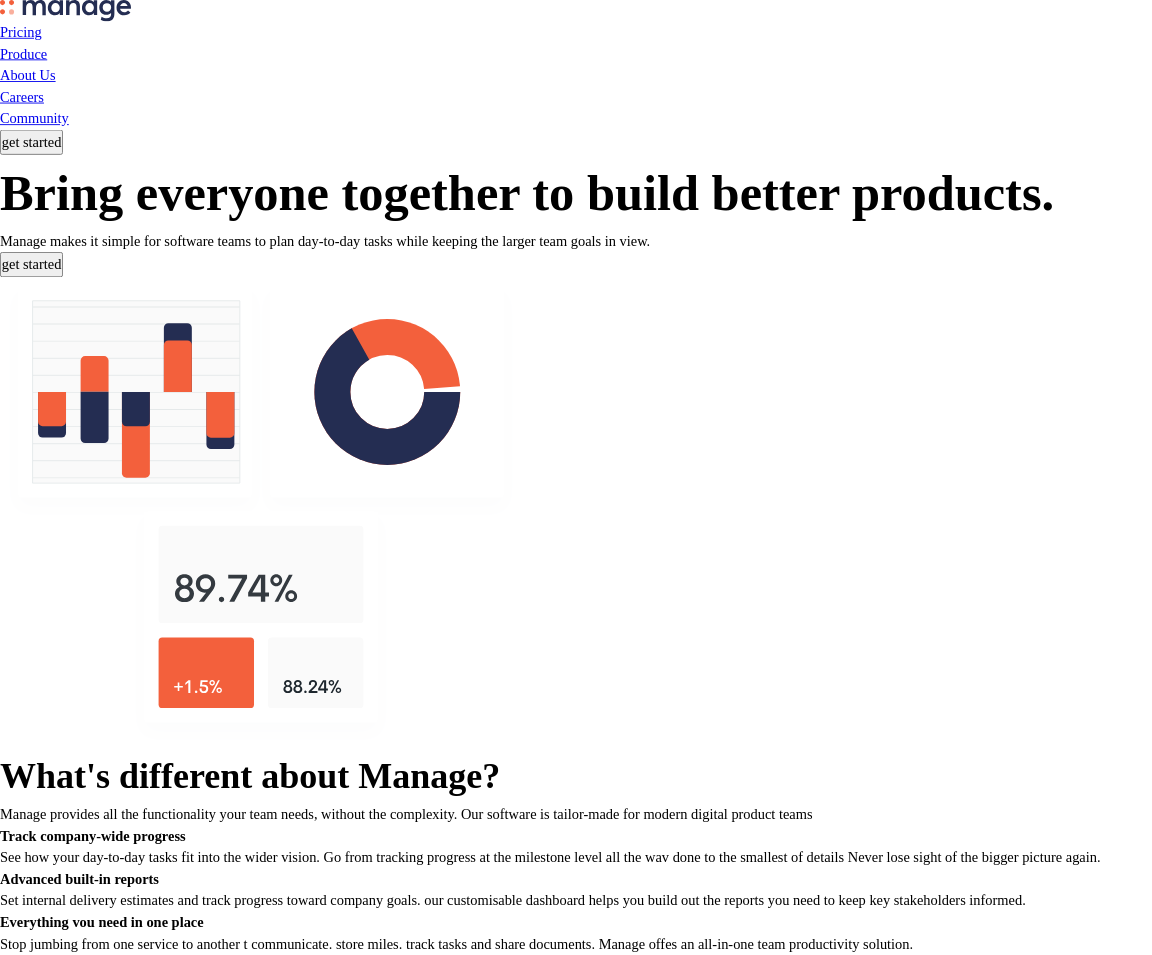
Repository: anthonybrown/website-practice
Page: index.html
An editor plug-in stored every save of this project. The page is shown before and after the next save, followed by the edit.
The browser window is 1280 px wide. The pictures show the whole page, at 90% of full size.

Above is the page before, as saved 2023-04-18 13:30:48.

### index.html
<!DOCTYPE html>
<html lang="en">

<head>
  <meta charset="UTF-8" />
  <link rel="icon" type="image/svg+xml" href="/vite.svg" />
  <meta name="viewport" content="width=device-width, initial-scale=1.0" />
  <title>Vite App</title>
  <link rel="preconnect" href="https://fonts.googleapis.com">
  <link rel="preconnect" href="https://fonts.gstatic.com" crossorigin>
  <link href="https://fonts.googleapis.com/css2?family=Be+Vietnam+Pro:wght@400;500;700&display=swap" rel="stylesheet">
  <link rel="stylesheet" href="style.css">
</head>

<body>
  <header class="primary-header">
    <div class="container">
      <a href="#" rel="noopener noreferrer">
        <img src="images/logo.svg" alt="manage">
      </a>
      <nav class="primary-navigation">
        <ul role="list" class="nav-list">
          <li><a href="#">Pricing</a></li>
          <li><a href="#">Produce</a></li>
          <li><a href="#">About Us</a></li>
          <li><a href="#">Careers</a></li>
          <li><a href="#">Community</a></li>
        </ul>
      </nav>
      <button class="button">get started</button>
    </div>
  </header>

  <main>
    <section>
      <div class="container">
        <div class="even-columns">
          <div>
            <h1 class="fs-primary-heading fw-bold">
              Bring everyone together to build better products.
            </h1>
            <p>
              Manage makes it simple for software teams to plan day-to-day tasks while
              keeping the larger team goals in view.
            </p>
            <button class="button">get started</button>
          </div>
          <div>
            <img src="images/illustration-intro.svg" alt="">
          </div>
        </div>
      </div>
    </section>

    <section>
      <div class="container">
        <div class="even-columns">
          <div>
            <h2 class="fs-secondary-heading fw-bold">
              What's different about Manage?
            </h2>
            <p>
              Manage provides all the functionality your team needs, without the complexity.
              Our software is tailor-made for modern digital product teams
            </p>
          </div>
          <div>
            <ul class="numbered-items" role="list">
              <li>
                <h3 class="fs-600 fw-bold">Track company-wide progress</h3>
                <p>
                  See how your day-to-day tasks fit into the wider vision.
                  Go from tracking progress at the milestone level all the wav done to
                  the smallest of details Never lose sight of the bigger picture again.
                </p>
              </li>
              <li>
                <h3 class="fs-600 fw-bold">Advanced built-in reports</h3>
                <p>
                  Set internal delivery estimates and track progress toward company goals.
                  our customisable dashboard helps you build out the reports you need
                  to keep key stakeholders informed.
                </p>
              </li>
              <li>
                <h3 class="fs-600 fw-bold">Everything vou need in one place</h3>
                <p>
                  Stop jumbing from one service to another t communicate. store miles.
                  track tasks and share documents. Manage offes an all-in-one team
                  productivity solution.
                </p>
              </li>
            </ul>
          </div>
        </div>
      </div>
    </section>

  </main>

  <footer>

  </footer>

  <script type="module" src="/main.js"></script>
</body>

</html>

### style.css
:root {
  --clr-accent-400: hsl(12, 88%, 59%);
  --clr-accent-100: hsl(13, 100%, 96%);

  --clr-primary-400: hsl(228, 39%, 23%);

  --clr-neutral-100: hsl(232, 12%, 13%);
  --clr-neutral-900: hsl(0, 0%, 0%);

  --ff-primary: 'Be Vietnam Pro', sans-serif;

  --ff-body: var(--ff-primary);
  --ff-heading: var(--ff-primary);

  --fw-regular: 400;
  --fw-semi-bold: 500;
  --fw-bold: 700;

  --fs-300: 0.8125rem;
  --fs-400: 0.875rem;
  --fs-500: 0.9375rem;
  --fs-600: 1rem;
  --fs-700: 1.875rem;
  --fs-800: 2.5rem;
  --fs-900: 3.5rem;

  --fs-body: var(--fs-400);
  --fs-primary-heading: var(--fs-800);
  --fs-secondary-heading: var(--fs-700);
  --fs-nav: var(--fs-500);
  --fs-button: var(--fs-300);
}

@media (min-width: 50em) {
  :root {
    --fs-body: var(--fs-500);
    --fs-primary-heading: var(--fs-900);
    --fs-secondary-heading: var(--fs-800);

    --fs-nav: var(--fs-300);
  }
}

/* Box sizing rules */
*,
*::before,
*::after {
  box-sizing: border-box;
}

/* Remove default margin */

* {
  margin: 0;
  padding: 0;
  font: inherit;
}

/* Remove list styles on ul, ol elements with a list role, which suggests default styling will be removed */
ul[role='list'],
ol[role='list'] {
  list-style: none;
}

/* Set core root defaults */
html:focus-within {
  scroll-behavior: smooth;
}

html,
body {
  height: 100%;
}

/* Set core body defaults */
body {
  text-rendering: optimizeSpeed;
  line-height: 1.5;
}

/* A elements that don't have a class get default styles */
a:not([class]) {
  text-decoration-skip-ink: auto;
}

/* Make images easier to work with */
img,
svg,
picture {
  max-width: 100%;
  display: block;
}


/* Remove all animations, transitions and smooth scroll for people that prefer not to see them */
@media (prefers-reduced-motion: reduce) {
  html:focus-within {
    scroll-behavior: auto;
  }

  *,
  *::before,
  *::after {
    animation-duration: 0.01ms !important;
    animation-iteration-count: 1 !important;
    transition-duration: 0.01ms !important;
    scroll-behavior: auto !important;
  }
}

/* Utility Classes */

.text-primary-400 {
  color: var(--clr-primary-400)
}

.text-accent-400 {
  color: var(--clr-accent-400)
}

.text-neutral-100 {
  color: var(--clr-neutral-100)
}

.text-neutral-900 {
  color: var(--clr-neutral-900)
}

.bg-primary-400 {
  background-color: var(--clr-primary-400)
}

.bg-accent-400 {
  background-color: var(--clr-accent-400)
}

.bg-neutral-100 {
  background-color: var(--clr-neutral-100)
}

.bg-neutral-900 {
  background-color: var(--clr-neutral-900)
}

.fw-bold {
  font-weight: var(--fw-bold);
}

.fw-semi-bold {
  font-weight: var(--fw-semi-bold);
}

.fw-regular {
  font-weight: var(--fw-regular);
}


.fs-primary-heading {
  font-size: var(--fs-primary-heading);
}

.fs-secondary-heading {
  font-size: var(--fs-secondary-heading);
}

.fs-300 {
  font-size: var(--fs-300);
}

.fs-400 {
  font-size: var(--fs-400);
}

.fs-500 {
  font-size: var(--fs-500);
}

Loaded but not shown: main.js (empty)

After the next save:
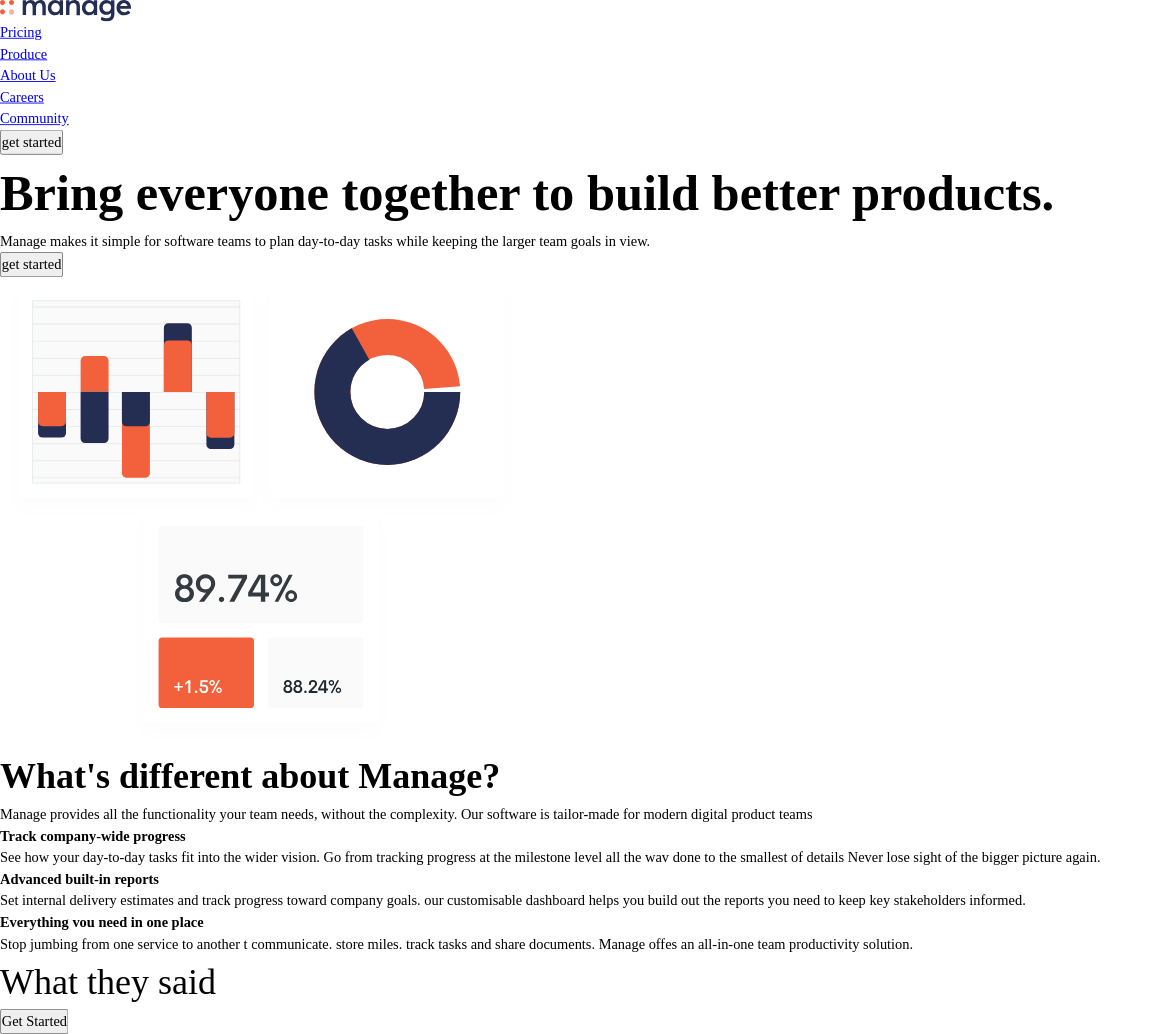
Saved 64 s later.
--- a/index.html
+++ b/index.html
@@ -96,6 +96,10 @@
       </div>
     </section>
 
+    <section class="carousel">
+      <h2 class="fs-secondary-heading">What they said</h2>
+      <button class="button">Get Started</button>
+    </section>
   </main>
 
   <footer>
